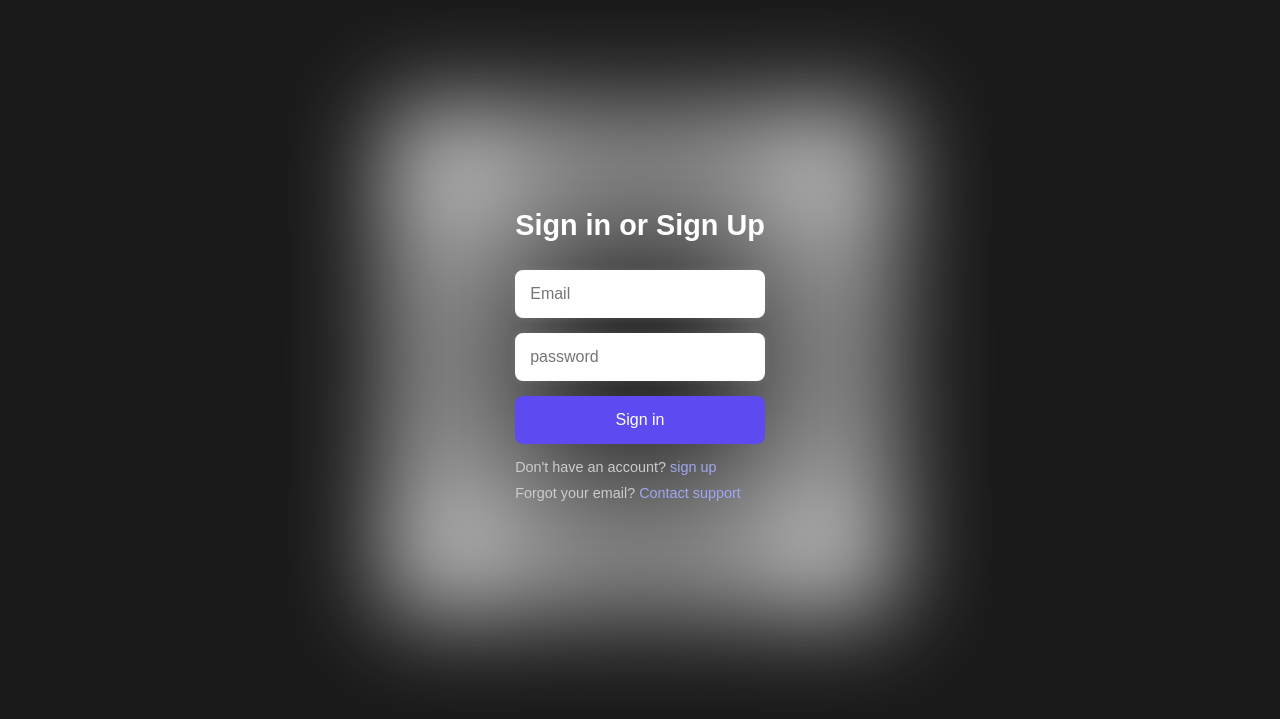
Repository: cmd-keyu/mobileppsh
Page: pages/login.html
The author's editor kept a copy of each file at every save. The page is drawn from the files as they stood at one save, then again after the next save.
The browser window is 1280 px wide. The pictures show the whole page.

Above is the page before, as saved 2024-11-12 00:16:58.

After the next save:
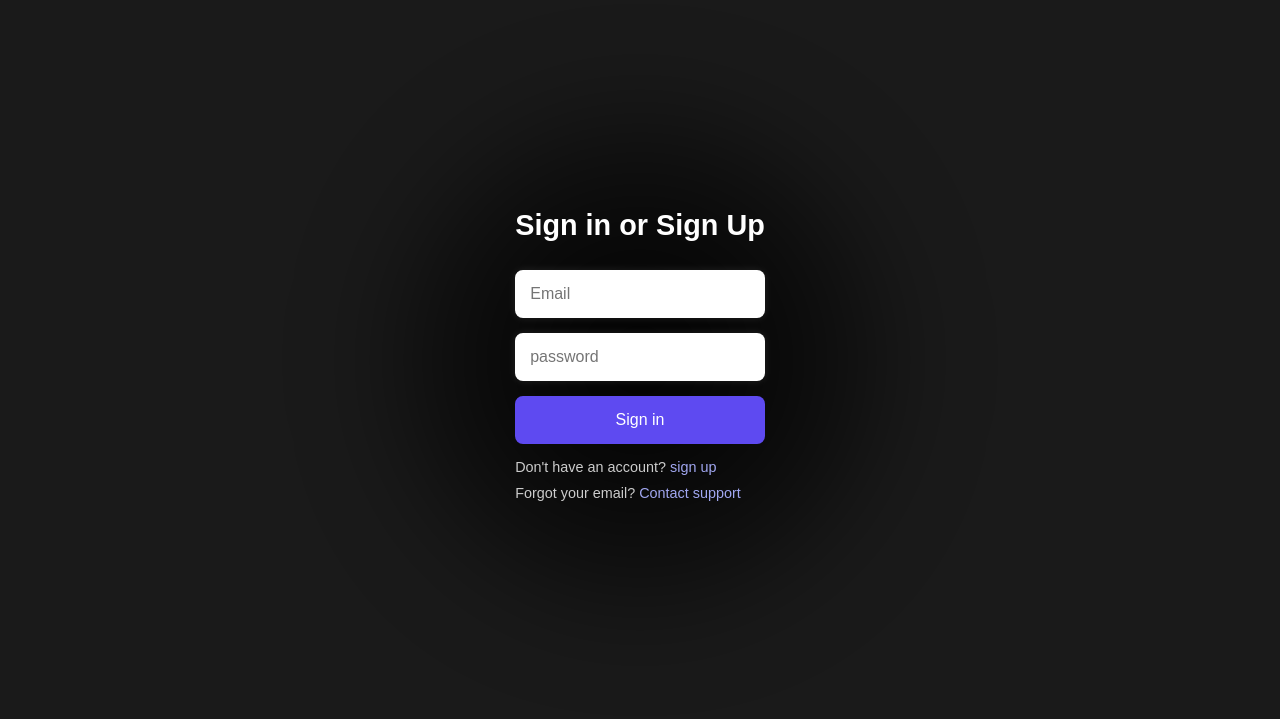
Saved 6 s later.
--- a/css/login.css
+++ b/css/login.css
@@ -27,10 +27,10 @@
     left: 50%;
     width: 500px;
     height: 500px;
-    background: radial-gradient(circle, black, white);
+    background: radial-gradient(circle, black, transparent);
     transform: translate(-50%, -50%);
     z-index: -1;
-;
+    border-radius: 50%;
     filter: blur(50px);
   }
 
